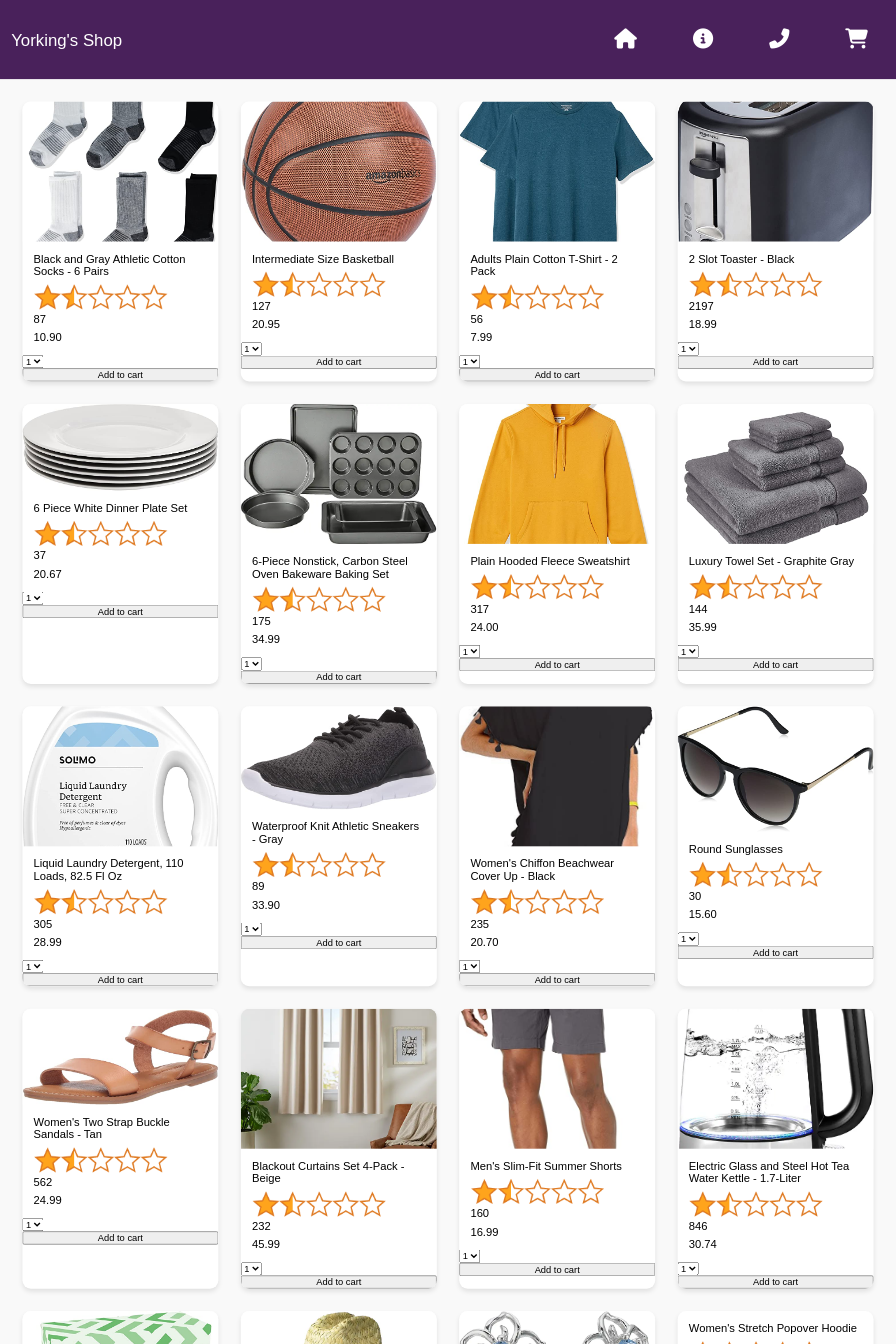
Repository: yorkings/eccomerce-website-in-js
Page: index.html
These files come from the project's save history. The page is drawn as it stood at one moment and after a run of saves; the edit follows.
The browser window is 1280 px wide. The pictures show the part of the page from y = 0 to 1920 px (the page is 4858 px tall before and 5104 px after), at 70% of full size.
Some web libraries are served in a nearby version.

Above is the page before, as saved 2025-05-24 17:20:21.

After the next 9 saves:
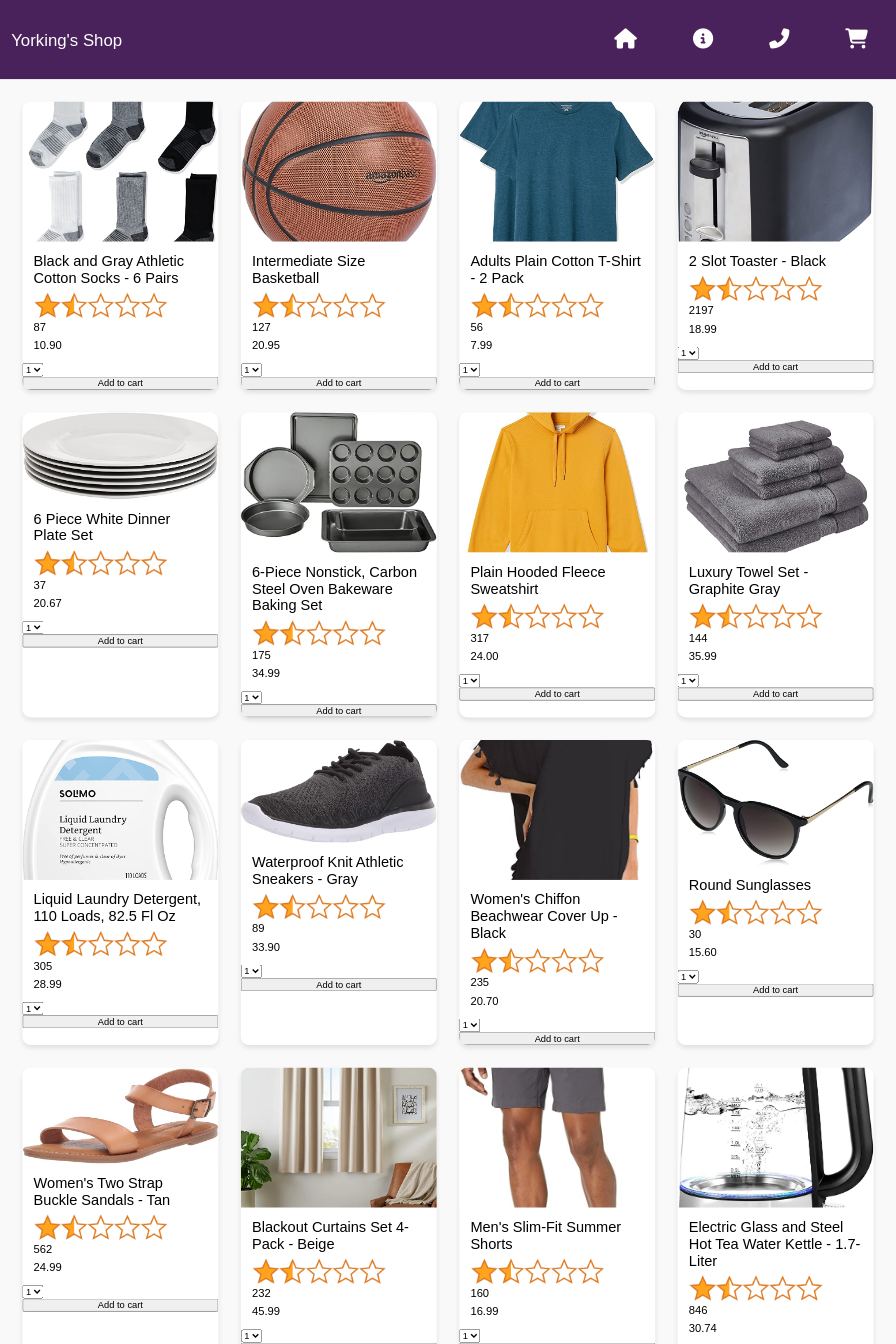
The 9 saves are shown as one change because they came seconds apart.
The last was saved 25 s later.
--- a/style.css
+++ b/style.css
@@ -87,7 +87,10 @@
   flex-direction: column;
   gap: 0.5rem;
 }
-.i
+.item-name{
+    font-size: 1.3rem;
+    color: ;
+}
 @media  (max-width:768px)  {
     .menu-toggle{
         display: flex;
